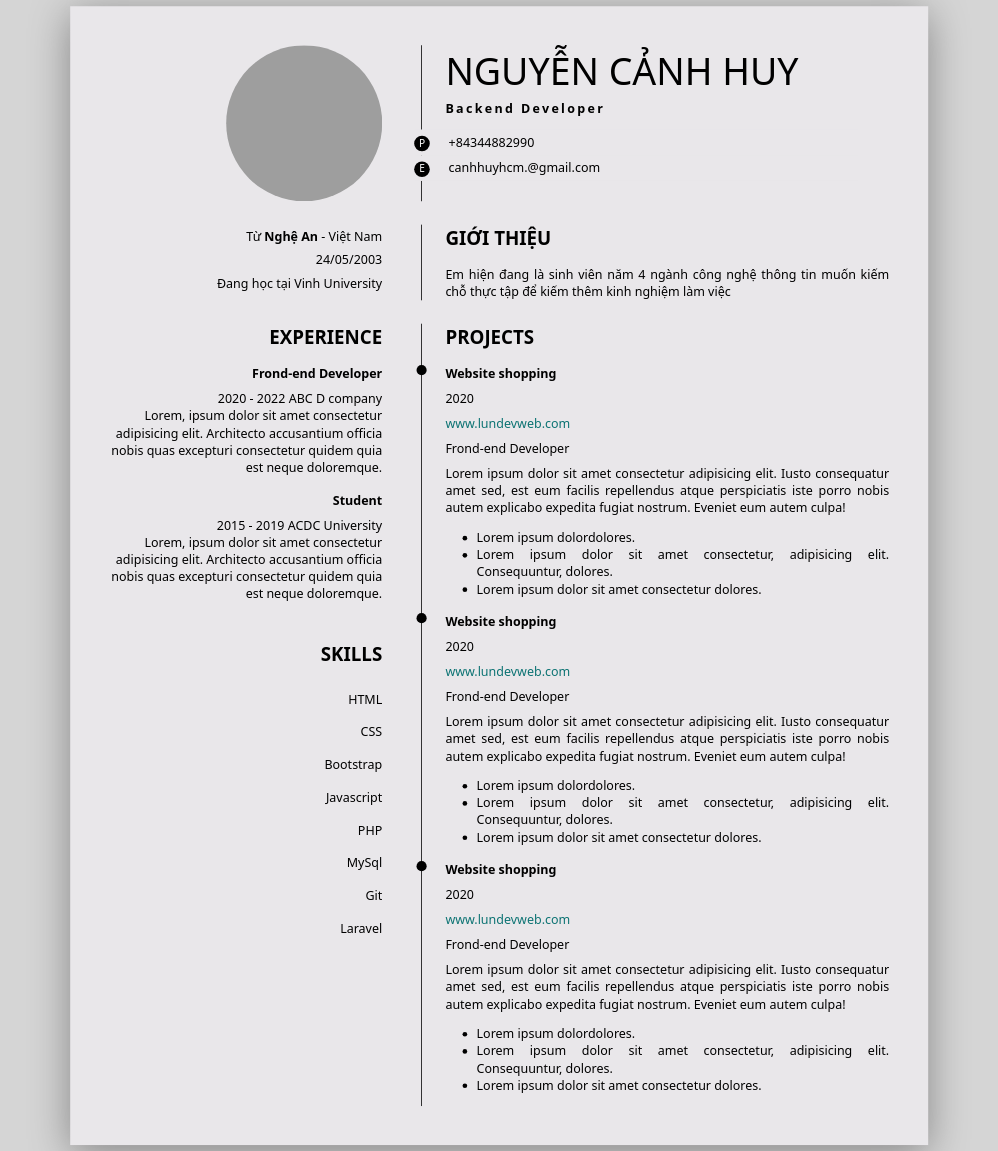
Repository: huycodedie/cv-intern
Page: index.html
These files come from the project's save history. The page is drawn as it stood at one moment and after the next save; the edit follows.
The browser window is 1280 px wide. The pictures show the whole page, at 78% of full size.
Pictures or frames that could not be fetched are drawn as grey boxes.

Above is the page before, as saved 2025-07-05 23:11:27.

### index.html

    <!DOCTYPE html>
    <html lang="en">
    <head>
        <meta charset="UTF-8">
        <meta http-equiv="X-UA-Compatible" content="IE=edge">
        <meta name="viewport" content="width=device-width, initial-scale=1.0">
        <title>Document</title>
        <link rel="stylesheet" href="style.css">
        <link rel="stylesheet" href="https://cdnjs.cloudflare.com/ajax/libs/font-awesome/6.2.1/css/all.min.css">
    </head>
    <body>
        <div class="container">
           <div class="avatar">
            <img src="https://i.pinimg.com/564x/eb/57/6f/eb576ff023487bcb1fa3ad61ee7b23ee.jpg" alt="">
           </div>
           <div class="name">
                <h1>NGUYỄN CẢNH HUY</h1>
                <div class="specialize"> Backend Developer</div>
                <ul class="contact">
                    <li>
                        <span>P</span> +84344882990
                    </li>
                    <li>
                        <span>E</span> canhhuyhcm.@gmail.com
                    </li>
                </ul>
           </div>
           <div class="info">
                <ul>
                    <li>Từ <b>Nghệ An</b> - Việt Nam</li>
                    <li>24/05/2003</li>
                    <li>Đang học tại Vinh University</li>
                </ul>
           </div>
           <div class="intro">
            <h2>GIỚI THIỆU</h2>
            Em hiện đang là sinh viên năm 4 ngành công nghệ thông tin muốn kiếm chỗ thực tập để kiếm thêm kinh nghiệm làm việc
           </div>
           <div class="experience">
            <h2>EXPERIENCE</h2>

            <div class="item">
                <h4>Frond-end Developer</h4>
                <div class="time">
                   <span>2020 - 2022</span>
                   <span>ABC D company</span>
                </div>
                <div class="des">
                    Lorem, ipsum dolor sit amet consectetur adipisicing elit. Architecto accusantium officia nobis quas excepturi consectetur quidem quia est neque doloremque.
                </div>
            </div>

                <div class="item">
                    <h4>Student</h4>
                    <div class="time">
                       <span>2015 - 2019</span>
                       <span>ACDC University</span>
                    </div>
                    <div class="des">
                        Lorem, ipsum dolor sit amet consectetur adipisicing elit. Architecto accusantium officia nobis quas excepturi consectetur quidem quia est neque doloremque.
                    </div>
                </div>
                <h2 class="skills">
                    SKILLS
                </h2>
                <ul>
                    <li>HTML</li>
                    <li>CSS</li>
                    <li>Bootstrap</li>
                    <li>Javascript</li>
                    <li>PHP</li>
                    <li>MySql</li>
                    <li>Git</li>
                    <li>Laravel</li>
                </ul>

           </div>
           <div class="project">
            <h2>PROJECTS</h2>
            <div class="item">
                <h4>Website shopping</h4>
                <div class="time">
                    2020
                </div>
                <div class="web">
                    www.lundevweb.com
                </div>
                <div class="location">
                    Frond-end Developer
                </div>
                <div class="des">
                    Lorem ipsum dolor sit amet consectetur adipisicing elit. Iusto consequatur amet sed, est eum facilis repellendus
                    atque perspiciatis iste porro nobis autem explicabo expedita fugiat nostrum. Eveniet eum autem culpa!
                    <ul>
                        <li>Lorem ipsum dolordolores.</li>
                        <li>Lorem ipsum dolor sit amet consectetur, adipisicing elit. Consequuntur, dolores.</li>
                        <li>Lorem ipsum dolor sit amet consectetur dolores.</li>
                    </ul>
                </div>
            </div>

            <div class="item">
                <h4>Website shopping</h4>
                <div class="time">
                    2020
                </div>
                <div class="web">
                    www.lundevweb.com
                </div>
                <div class="location">
                    Frond-end Developer
                </div>
                <div class="des">
                    Lorem ipsum dolor sit amet consectetur adipisicing elit. Iusto consequatur amet sed, est eum facilis repellendus
                    atque perspiciatis iste porro nobis autem explicabo expedita fugiat nostrum. Eveniet eum autem culpa!
                    <ul>
                        <li>Lorem ipsum dolordolores.</li>
                        <li>Lorem ipsum dolor sit amet consectetur, adipisicing elit. Consequuntur, dolores.</li>
                        <li>Lorem ipsum dolor sit amet consectetur dolores.</li>
                    </ul>
                </div>
            </div>

            <div class="item">
                <h4>Website shopping</h4>
                <div class="time">
                    2020
                </div>
                <div class="web">
                    www.lundevweb.com
                </div>
                <div class="location">
                    Frond-end Developer
                </div>
                <div class="des">
                    Lorem ipsum dolor sit amet consectetur adipisicing elit. Iusto consequatur amet sed, est eum facilis repellendus
                    atque perspiciatis iste porro nobis autem explicabo expedita fugiat nostrum. Eveniet eum autem culpa!
                    <ul>
                        <li>Lorem ipsum dolordolores.</li>
                        <li>Lorem ipsum dolor sit amet consectetur, adipisicing elit. Consequuntur, dolores.</li>
                        <li>Lorem ipsum dolor sit amet consectetur dolores.</li>
                    </ul>
                </div>
            </div>
           </div>
        </div>

    </body>
    </html>

### style.css

    body{
        background-color: #D5D5D5;
        font-family: system-ui;
    }
    .container{
        background-color: #E9E7EA;
        width:1000px;
        max-width: 100%;
        margin:auto;
        padding:50px;
        box-shadow: 0 10px 50px #858585;
        display: grid;
       grid-template-columns: 35% 60%;
       column-gap: 5%;
       row-gap: 30px;
    }

    .avatar img{
        width:200px;
        height:200px;
        object-fit: cover;
        border-radius: 50%;
    }
    .avatar{
        display: flex;
        justify-content: end;
        align-items: center;
    }
    .name{
        padding-left: 30px;
        border-left:1px solid #000;
    }
    .name h1{
        font-weight: 300;
        font-size: xxx-large;
        margin:0px 0 5px ;
    }
    .name .specialize{
        margin:0;
        font-weight: bold;
        letter-spacing: 3px;
    }
    .name .contact{
        padding:0;
        list-style: none;
    }
    .name .contact span{
        display: inline-block;
        background-color: #000;
        width:20px;
        height:20px;
        color:#fff;
        text-align: center;
        border-radius: 50%;
        font-size: small;
        margin-right: 20px;
    }
    .name .contact li{
        padding:5px 0;
        transform: translate(-40px);
        background-color: #E9E7EA;
    }
    .info ul{
        padding: 0;
        margin: 0;
        list-style: none;
        text-align: right;
        line-height: 30px;
    }

    h2{
        padding:0;
        margin: 0 0 20px 0;
    }
    .intro{
        padding-left: 30px;
        border-left: 1px solid #000;
        text-align: justify;
    }
    .experience{
        text-align: right;
    }
    .experience h4{
        margin:20px 0 10px;
    }
    .skills{
        margin-top:  50px;
    }
    .experience ul{
        padding:0;
        margin: 0;
    list-style: none;
    }
    .experience li{
        padding:10px 0;
    }
    .project{
        padding-left: 30px;
        text-align: justify;
        border-left: 1px solid #000;
    }
    .project h4{
        margin:20px 0 10px;
    }
    .project .web{
        color: #0c7373;
        padding:10px 0;
    }
    .project .location{
        font-weight: 500;
        padding-bottom:10px;
    }
    .project .item{
        position: relative;
    }
    .project .item::before{
        position: absolute;
        width:13px;
        height: 13px;
        background-color: #000;
        content: '';
        border-radius: 50%;
        left: -37px;
    }

After the next save:
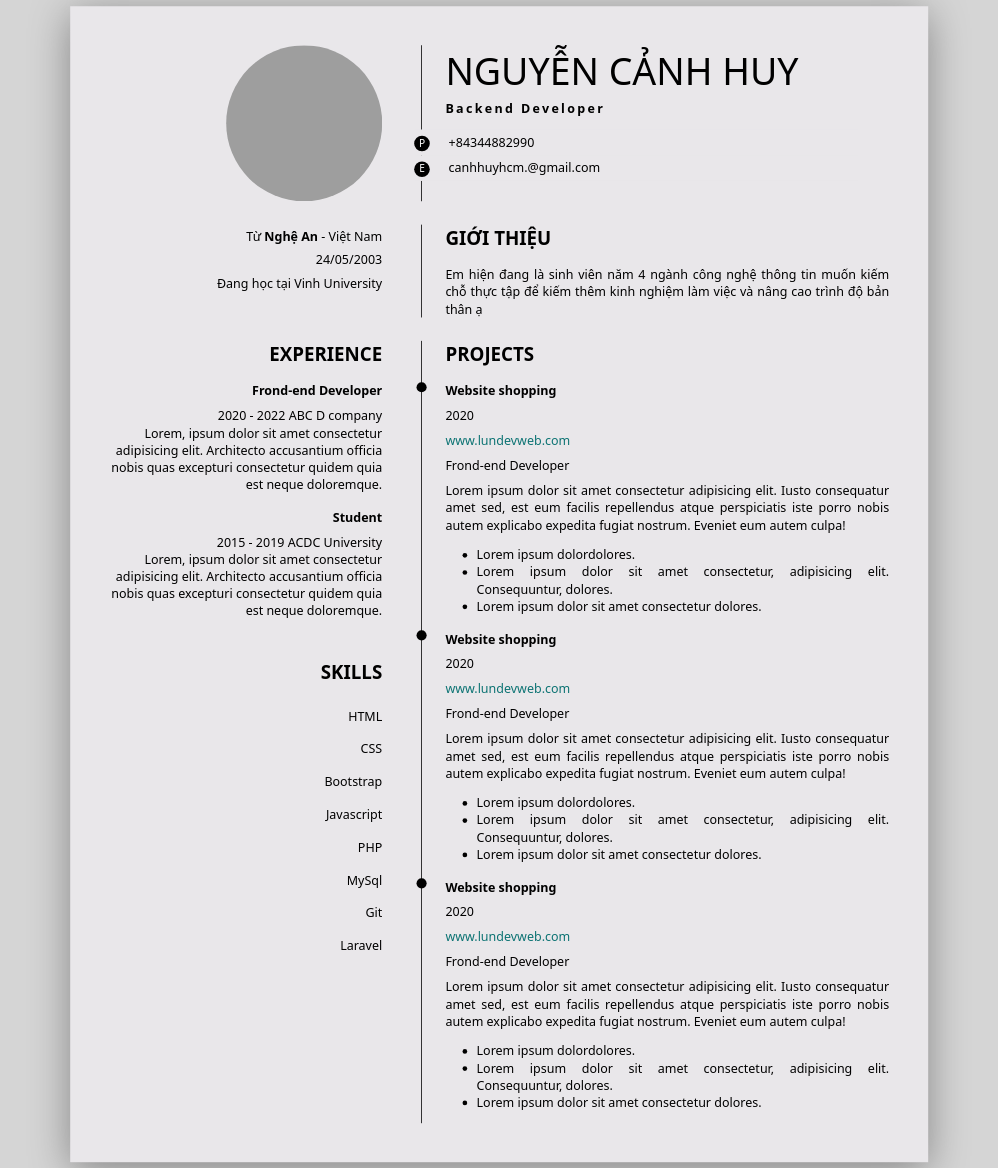
Saved 17 s later.
--- a/index.html
+++ b/index.html
@@ -35,7 +35,7 @@
            </div>
            <div class="intro">
             <h2>GIỚI THIỆU</h2>
-            Em hiện đang là sinh viên năm 4 ngành công nghệ thông tin muốn kiếm chỗ thực tập để kiếm thêm kinh nghiệm làm việc
+            Em hiện đang là sinh viên năm 4 ngành công nghệ thông tin muốn kiếm chỗ thực tập để kiếm thêm kinh nghiệm làm việc và nâng cao trình độ bản thân ạ
            </div>
            <div class="experience">
             <h2>EXPERIENCE</h2>
